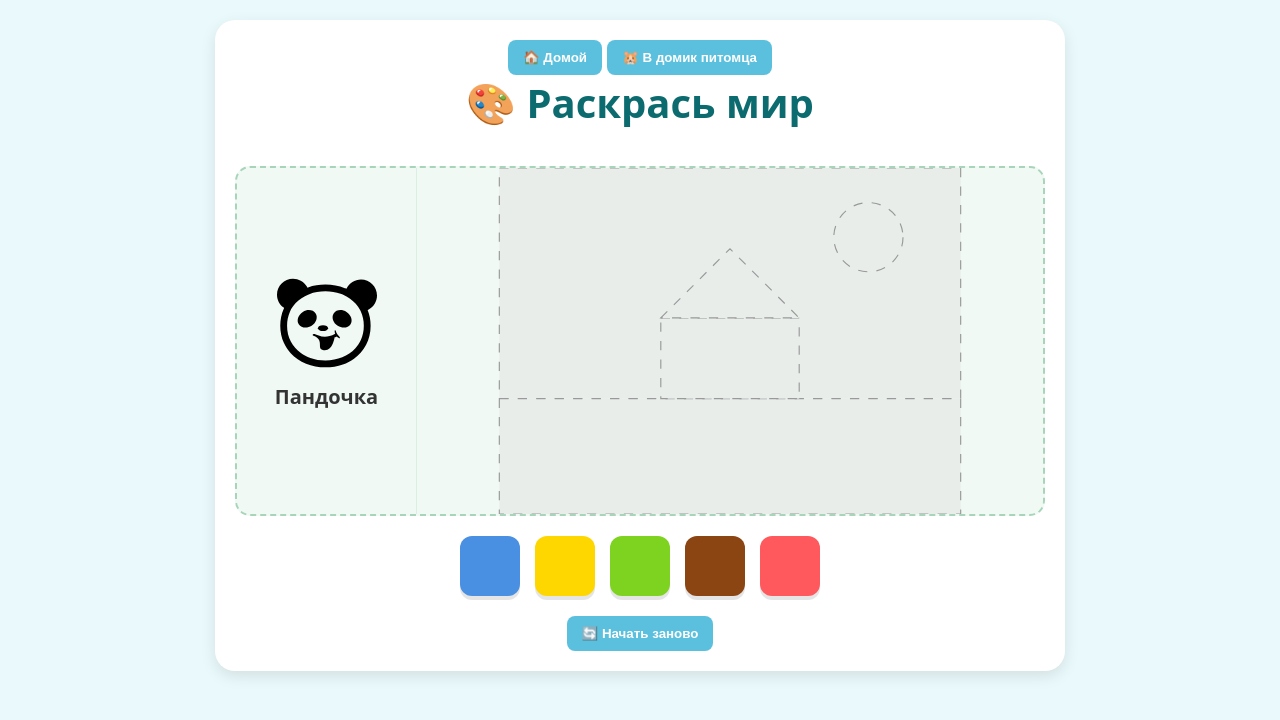
Repository: HOADF/kids-career-world
Page: games/artist/artist-game.html
These files come from the project's save history. The page is drawn as it stood at one moment and after the next save; the edit follows.
The browser window is 1280 px wide. The pictures show the whole page.

Above is the page before, as saved 2026-03-10 12:56:50.

### games/artist/artist-game.html
<!DOCTYPE html>
<html lang="ru">
<head>
    <meta charset="UTF-8">
    <meta name="viewport" content="width=device-width, initial-scale=1.0">
    <title>Уровень 1 — Пандочка-художник</title>
    <link rel="stylesheet" href="../../style.css">
    <link rel="stylesheet" href="artist-style.css">
</head>
<body>

<div class="main-card">
    <div class="nav-buttons">
        <button class="btn-nav">🏠 Домой</button>
        <button class="btn-nav">🐹 В домик питомца</button>
    </div>

    <h1>🎨 Раскрась мир</h1>

    <div class="game-board">
        <div class="pet-side">
            <div id="speech-bubble" class="bubble hidden"></div>
            <img src="../../pets/panda.svg" alt="Panda" class="pet-img">
            <p class="pet-name">Пандочка</p>
        </div>

        <div class="canvas-area">
            <svg viewBox="0 0 200 150" id="paint-svg">
                <rect id="sky" class="paint-area" data-correct="blue" data-name="Небо" x="0" y="0" width="200" height="100" />
                <rect id="ground" class="paint-area" data-correct="green" data-name="Травка" x="0" y="100" width="200" height="50" />
                <circle id="sun" class="paint-area" data-correct="yellow" data-name="Солнышко" cx="160" cy="30" r="15" />
                <rect id="house" class="paint-area" data-correct="brown" data-name="Стены" x="70" y="65" width="60" height="35" />
                <path id="roof" class="paint-area" data-correct="red" data-name="Крыша" d="M70 65 L100 35 L130 65 Z" />
            </svg>
        </div>
    </div>

    <div class="palette">
        <div class="color-item" id="blue" data-color="blue" data-hex="#4A90E2" style="background-color: #4A90E2;"></div>
        <div class="color-item" id="yellow" data-color="yellow" data-hex="#FFD700" style="background-color: #FFD700;"></div>
        <div class="color-item" id="green" data-color="green" data-hex="#7ED321" style="background-color: #7ED321;"></div>
        <div class="color-item" id="brown" data-color="brown" data-hex="#8B4513" style="background-color: #8B4513;"></div>
        <div class="color-item" id="red" data-color="red" data-hex="#FF595E" style="background-color: #FF595E;"></div>
    </div>

    <div class="bottom-nav">
        <button onclick="location.reload()" class="btn-action">🔄 Начать заново</button>
        <button id="finish-btn" class="btn-action hidden">🏠 На главную</button>
    </div>
</div>

<script src="artist-game.js"></script>
</body>
</html>

### style.css
/* ---------- Базовые стили ---------- */

:root {
  --color-bg: #eaf9fb;
  --color-accent: #ffb44a;
  --color-text: #023436;
  --color-subtle: #0b6b6f;
  --color-white: #ffffff;

  --transition-fast: 0.3s ease;
  --transition-slow: 0.6s ease;
}

* {
  box-sizing: border-box;
  margin: 0;
  padding: 0;
}

html, body {
  width: 100%;
  height: 100%;
  font-family: system-ui, "Segoe UI", Roboto, sans-serif;
  color: var(--color-text);
  background-color: var(--color-bg);
  overflow-x: hidden;
}

.hidden {
  display: none !important;
}

/* ---------- Фон ---------- */

.background-decor {
  position: fixed;
  top: 0;
  left: 0;
  width: 100%;
  height: 100%;
  background: linear-gradient(180deg, #eaf9fb 0%, #f8ffff 100%);
  z-index: -1;
}

/* ---------- Структура ---------- */

.page-root {
  display: flex;
  flex-direction: column;
  align-items: center;
  justify-content: center;
  padding: 2rem;
  min-height: 100vh;
}

.welcome-card,
.questions-card,
.result-card {
  background: var(--color-white);
  border-radius: 24px;
  box-shadow: 0 6px 20px rgba(0, 0, 0, 0.08);
  max-width: 900px;
  width: 100%;
  padding: 2rem 3rem;
  display: flex;
  flex-direction: column;
  justify-content: center;
  animation: fadeIn var(--transition-slow);
}

.welcome-inner {
  display: flex;
  align-items: center;
  gap: 2rem;
  flex-wrap: wrap;
  justify-content: center;
}

/* ---------- Пингвинёнок ---------- */

.pet-visual {
  flex: 0 0 180px;
  animation: breathe 4s ease-in-out infinite;
}

@keyframes breathe {
  0%, 100% { transform: translateY(0); }
  50% { transform: translateY(-4px); }
}

/* ---------- Текст и кнопки ---------- */

.welcome-text {
  flex: 1 1 400px;
  text-align: left;
}

h1, h2 {
  font-weight: 700;
  color: var(--color-subtle);
  margin-bottom: 1rem;
}

.lead {
  font-size: 1.1rem;
  line-height: 1.6;
  margin-bottom: 1.5rem;
}

.controls {
  display: flex;
  gap: 1rem;
  flex-wrap: wrap;
  margin-bottom: 1rem;
}

.btn-primary,
.btn-ghost {
  font-size: 1rem;
  border-radius: 12px;
  padding: 0.8rem 1.6rem;
  cursor: pointer;
  transition: all var(--transition-fast);
  border: none;
}

.btn-primary {
  background: var(--color-accent);
  color: var(--color-white);
}

.btn-primary:hover {
  background: #ff9f1a;
  transform: translateY(-2px);
}

.btn-ghost {
  background: transparent;
  color: var(--color-subtle);
  border: 2px solid var(--color-subtle);
}

.btn-ghost:hover {
  background: var(--color-subtle);
  color: var(--color-white);
  transform: translateY(-2px);
}

.small {
  padding: 0.5rem 1rem;
  font-size: 0.9rem;
}

.meta-note {
  font-size: 0.9rem;
  color: #555;
  opacity: 0.8;
}

/* ---------- Опрос ---------- */

.questions-inner {
  display: flex;
  flex-direction: column;
  align-items: center;
  gap: 1rem;
}

.progress {
  font-size: 0.95rem;
  color: #666;
}

.question-title {
  font-size: 1.2rem;
  text-align: center;
  margin-bottom: 1rem;
}

.answers {
  display: flex;
  flex-direction: column;
  gap: 0.8rem;
  width: 100%;
  max-width: 600px;
}

.answers button {
  background: var(--color-bg);
  border: 2px solid transparent;
  border-radius: 12px;
  padding: 0.8rem 1.2rem;
  text-align: left;
  transition: all var(--transition-fast);
  font-size: 1rem;
}

.answers button:hover {
  border-color: var(--color-accent);
  background: #fff8f0;
  transform: translateY(-1px);
}

.answers button.selected {
  border-color: var(--color-accent);
  background: #fff1de;
}

.nav-row {
  display: flex;
  justify-content: space-between;
  width: 100%;
  max-width: 600px;
  margin-top: 1rem;
}

/* ---------- Результат ---------- */

.result-inner {
  display: flex;
  flex-direction: column;
  align-items: center;
  text-align: center;
  gap: 1rem;
}

.result-pet {
  margin-top: 1rem;
  font-size: 1.1rem;
}

.result-games {
  font-size: 1rem;
  color: #333;
}

.result-controls {
  display: flex;
  gap: 1rem;
  margin-top: 1rem;
}

/* ---------- Анимации ---------- */

@keyframes fadeIn {
  from { opacity: 0; transform: translateY(20px); }
  to { opacity: 1; transform: translateY(0); }
}

/* ---------- Адаптивность ---------- */

@media (max-width: 700px) {
  .welcome-card {
    padding: 1.5rem;
  }
  .welcome-inner {
    flex-direction: column;
    text-align: center;
  }
  .controls {
    justify-content: center;
  }
}
/* ========================== */
/* 📱 АДАПТИВНОСТЬ ПОД УСТРОЙСТВА */
/* ========================== */

/* --- Маленькие телефоны (до 480px) --- */
@media (max-width: 480px) {
  body {
    font-size: 14px;
    padding: 0.5rem;
  }

  .welcome-card,
  .questions-card,
  .result-card {
    padding: 1rem;
    border-radius: 1rem;
  }

  .welcome-card h1 {
    font-size: 1.4rem;
    line-height: 1.4;
  }

  .welcome-text p {
    font-size: 0.95rem;
  }

  .controls {
    flex-direction: column;
    gap: 0.75rem;
  }

  button {
    width: 100%;
    font-size: 1rem;
    padding: 0.8rem;
  }

  .pet-visual {
    width: 120px;
    height: 120px;
  }
}

/* --- Средние экраны: планшеты (481px–768px) --- */
@media (min-width: 481px) and (max-width: 768px) {
  body {
    font-size: 16px;
    padding: 1rem;
  }

  .welcome-card,
  .questions-card,
  .result-card {
    padding: 1.5rem;
  }

  .welcome-card h1 {
    font-size: 1.8rem;
  }

  .welcome-text p {
    font-size: 1rem;
  }

  button {
    font-size: 1rem;
    padding: 0.9rem 1.2rem;
  }

  .pet-visual {
    width: 150px;
    height: 150px;
  }
}

/* --- Ноутбуки и большие экраны (769px–1200px) --- */
@media (min-width: 769px) and (max-width: 1200px) {
  body {
    font-size: 18px;
    padding: 1.5rem;
  }

  .welcome-card,
  .questions-card,
  .result-card {
    padding: 2rem;
  }

  .welcome-card h1 {
    font-size: 2rem;
  }

  .pet-visual {
    width: 180px;
    height: 180px;
  }
}

/* --- Очень большие экраны (1200px+) --- */
@media (min-width: 1201px) {
  body {
    font-size: 20px;
    max-width: 960px;
    margin: 0 auto;
  }

  .welcome-card,
  .questions-card,
  .result-card {
    border-radius: 2rem;
  }

  .pet-visual {
    width: 200px;
    height: 200px;
  }
}

### games/artist/artist-style.css
/* Вся страница */
.main-card {
    max-width: 850px;
    margin: 20px auto;
    padding: 20px;
    background: white;
    border-radius: 20px;
    box-shadow: 0 5px 15px rgba(0,0,0,0.1);
    display: flex;
    flex-direction: column;
    align-items: center;
}

/* Рамка игры */
.game-board {
    display: flex;
    flex-direction: row; /* Панда и рисунок в ряд */
    width: 100%;
    height: 350px;
    background: #f0f9f4;
    border: 2px dashed #a8d5ba;
    border-radius: 15px;
    margin: 20px 0;
    overflow: hidden;
}

/* Секция с Пандочкой */
.pet-side {
    width: 180px;
    display: flex;
    flex-direction: column;
    justify-content: center;
    align-items: center;
    border-right: 1px solid rgba(168, 213, 186, 0.3);
}

.pet-img {
    width: 100px;
    height: 100px;
}

.pet-name {
    font-weight: bold;
    color: #333;
    margin-top: 10px;
}

/* Секция с рисунком */
.canvas-area {
    flex: 1; /* Занимает все оставшееся место */
    display: flex;
    justify-content: center;
    align-items: center;
}

#paint-svg {
    width: 100%;
    height: 100%;
}

/* Фигуры для раскраски */
.paint-area {
    fill: #e8edea; /* Цвет до закраски */
    stroke: #999;
    stroke-width: 0.5;
    stroke-dasharray: 4; /* Пунктир */
    cursor: pointer;
    transition: fill 0.3s;
}

/* Исчезновение пунктира после покраски */
.paint-area[style*="fill"] {
    stroke: none;
}

/* Палитра внизу */
.palette {
    display: flex;
    gap: 15px;
    margin-bottom: 20px;
}

.color-item {
    width: 60px;
    height: 60px;
    border-radius: 12px;
    cursor: pointer;
    transition: transform 0.2s;
    box-shadow: 0 4px 0 rgba(0,0,0,0.1);
}

.color-item:active {
    transform: translateY(2px);
    box-shadow: none;
}

/* Кнопки */
.btn-nav, .btn-action {
    background: #5bc0de;
    color: white;
    border: none;
    padding: 10px 15px;
    border-radius: 8px;
    font-weight: bold;
    cursor: pointer;
}

### games/artist/artist-game.js
document.addEventListener('DOMContentLoaded', () => {
    let selectedColor = null;
    let selectedHex = null;
    let selectedId = null;

    const bubble = document.getElementById('speech-bubble');
    const colorItems = document.querySelectorAll('.color-item');
    const areas = document.querySelectorAll('.paint-area');
    const finishBtn = document.getElementById('finish-btn');

    function pandaSay(text) {
        bubble.innerText = text;
        bubble.classList.remove('hidden');
        setTimeout(() => bubble.classList.add('hidden'), 3000);
    }

    colorItems.forEach(item => {
        item.addEventListener('click', () => {
            colorItems.forEach(i => i.classList.remove('selected'));
            selectedColor = item.getAttribute('data-color');
            selectedHex = item.getAttribute('data-hex');
            selectedId = item.id;
            item.classList.add('selected');
        });
    });

    areas.forEach(area => {
        area.addEventListener('click', () => {
            if (!selectedColor) {
                pandaSay("Выбери краску внизу! 🎨");
                return;
            }

            const correct = area.getAttribute('data-correct');
            const areaName = area.getAttribute('data-name');

            if (selectedColor === correct) {
                // ПРАВИЛЬНО
                area.style.fill = selectedHex;
                area.style.strokeDasharray = "0";
                area.style.stroke = "none";

                document.getElementById(selectedId).classList.add('used');
                selectedColor = null;

                pandaSay("Красота! Идём дальше?");
                checkWin();
            } else {
                // ОШИБКА
                pandaSay(`${areaName} не бывает такого цвета...`);
                // Эффект тряски для объекта
                area.style.fill = "#ffcccc";
                setTimeout(() => area.style.fill = "#e8edea", 400);
            }
        });
    });

    function checkWin() {
        const remaining = document.querySelectorAll('.color-item:not(.used)');
        if (remaining.length === 0) {
            finishBtn.classList.remove('hidden');
            pandaSay("Ура! Мы нарисовали шедевр! 🐼✨");
        }
    }
});

After the next save:
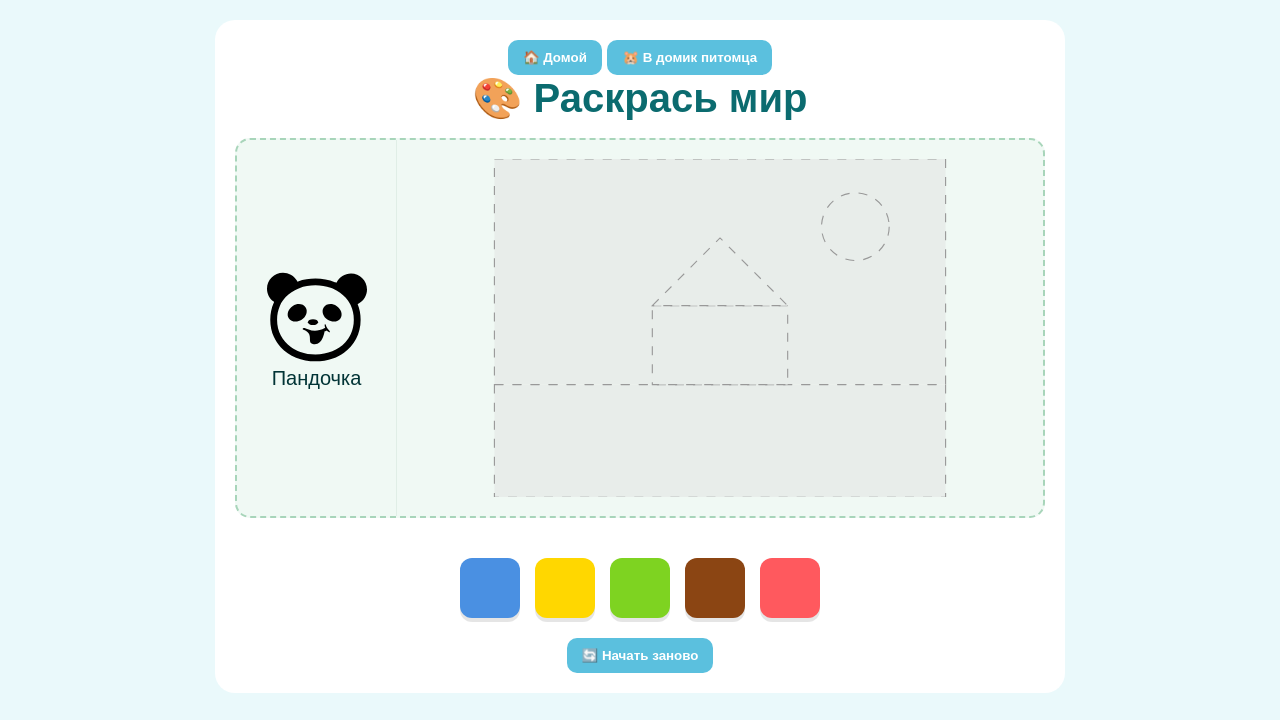
Saved 9 s later.
--- a/games/artist/artist-style.css
+++ b/games/artist/artist-style.css
@@ -1,53 +1,69 @@
-/* Вся страница */
 .main-card {
     max-width: 850px;
     margin: 20px auto;
     padding: 20px;
     background: white;
     border-radius: 20px;
-    box-shadow: 0 5px 15px rgba(0,0,0,0.1);
     display: flex;
     flex-direction: column;
     align-items: center;
+    font-family: sans-serif;
 }
 
-/* Рамка игры */
 .game-board {
     display: flex;
-    flex-direction: row; /* Панда и рисунок в ряд */
     width: 100%;
-    height: 350px;
+    height: 380px;
     background: #f0f9f4;
     border: 2px dashed #a8d5ba;
     border-radius: 15px;
-    margin: 20px 0;
-    overflow: hidden;
+    margin-bottom: 20px;
+    position: relative;
 }
 
-/* Секция с Пандочкой */
 .pet-side {
-    width: 180px;
+    width: 160px;
     display: flex;
     flex-direction: column;
     justify-content: center;
     align-items: center;
-    border-right: 1px solid rgba(168, 213, 186, 0.3);
+    position: relative; /* Важно для облачка */
+    border-right: 1px solid #e0eee6;
 }
 
 .pet-img {
     width: 100px;
-    height: 100px;
+    height: auto;
 }
 
-.pet-name {
+/* Облачко с текстом */
+.bubble {
+    position: absolute;
+    top: 20px;
+    left: 50%;
+    transform: translateX(-50%);
+    background: white;
+    border: 2px solid #333;
+    padding: 8px 12px;
+    border-radius: 15px;
+    font-size: 14px;
     font-weight: bold;
-    color: #333;
-    margin-top: 10px;
+    white-space: nowrap;
+    z-index: 10;
 }
 
-/* Секция с рисунком */
+.bubble::after {
+    content: '';
+    position: absolute;
+    bottom: -10px;
+    left: 50%;
+    transform: translateX(-50%);
+    border: 5px solid transparent;
+    border-top-color: #333;
+}
+
 .canvas-area {
-    flex: 1; /* Занимает все оставшееся место */
+    flex-grow: 1;
     display: flex;
     justify-content: center;
     align-items: center;
@@ -55,29 +71,22 @@
 
 #paint-svg {
     width: 100%;
-    height: 100%;
+    height: 90%;
 }
 
-/* Фигуры для раскраски */
 .paint-area {
-    fill: #e8edea; /* Цвет до закраски */
+    fill: #e8edea;
     stroke: #999;
     stroke-width: 0.5;
-    stroke-dasharray: 4; /* Пунктир */
+    stroke-dasharray: 4;
     cursor: pointer;
-    transition: fill 0.3s;
+    transition: 0.3s;
 }
 
-/* Исчезновение пунктира после покраски */
-.paint-area[style*="fill"] {
-    stroke: none;
-}
-
-/* Палитра внизу */
 .palette {
     display: flex;
     gap: 15px;
-    margin-bottom: 20px;
+    padding: 20px;
 }
 
 .color-item {
@@ -85,22 +94,27 @@
     height: 60px;
     border-radius: 12px;
     cursor: pointer;
-    transition: transform 0.2s;
     box-shadow: 0 4px 0 rgba(0,0,0,0.1);
 }
 
-.color-item:active {
-    transform: translateY(2px);
-    box-shadow: none;
+.color-item.selected {
+    border: 3px solid #333;
+    transform: translateY(-3px);
 }
 
-/* Кнопки */
+.color-item.used {
+    opacity: 0.3;
+    pointer-events: none;
+}
+
+.hidden { display: none; }
+
 .btn-nav, .btn-action {
     background: #5bc0de;
     color: white;
     border: none;
     padding: 10px 15px;
-    border-radius: 8px;
+    border-radius: 10px;
+    cursor: pointer;
     font-weight: bold;
-    cursor: pointer;
 }
